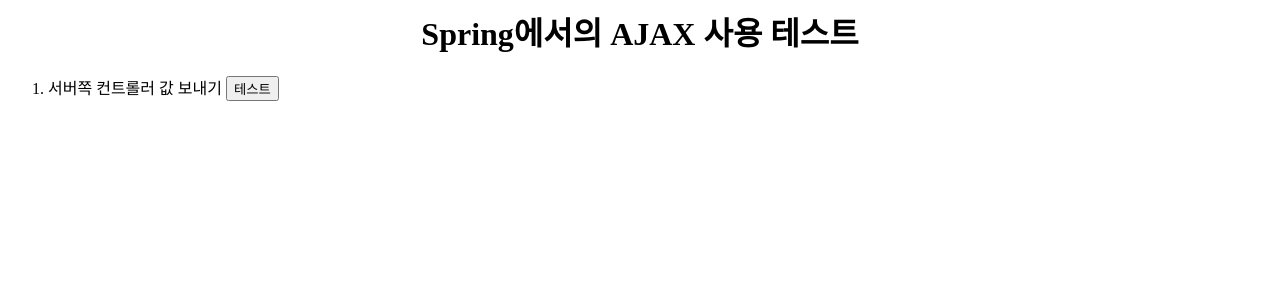
Repository: seokhwan-park/KH_workspace
Page: http://localhost/ajaxProject/home.do
An editor plug-in stored every save of this project. The page is shown before and after the next save, followed by the edit.
The browser window is 1280 px wide. The pictures show the whole page.
The page is served by Tomcat 9.

Above is the page before, as saved 2020-10-06 08:42:59.

After the next save:
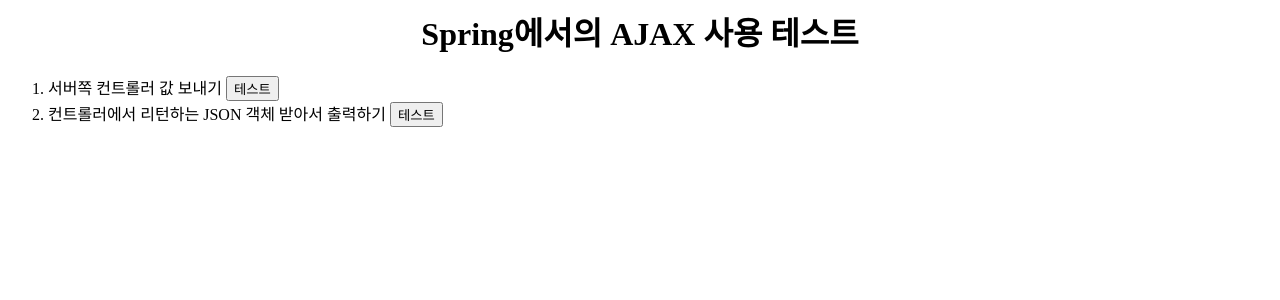
Saved 13 min 10 s later.
--- a/springworkspace/ajaxProject/src/main/webapp/WEB-INF/views/home.jsp
+++ b/springworkspace/ajaxProject/src/main/webapp/WEB-INF/views/home.jsp
@@ -57,6 +57,30 @@
                   });
             });
       </script>
+
+
+		<li>컨트롤러에서 리턴하는 JSON 객체 받아서 출력하기
+			<button id="btn2">테스트</button>
+			<div id="d2"></div>
+		</li>
+		<script>
+			$(function(){
+				$("#btn2").on("click",function(){
+					$.ajax({
+						url:"test2.do",
+						dataType:"json",	// 컨트롤러에서 ajax로 넘겨주는 형식 지정!
+						success:function(data){
+							console.log(data);
+						},
+						error:function(request,status,errorData){
+							alert("error code : " + request.status + "\n" + "message : " + request.responseText + "error : " + errorData);
+						}
+					});
+				});
+			});
+		</script>
+
+
    </ol>
 </body>
 </html>
